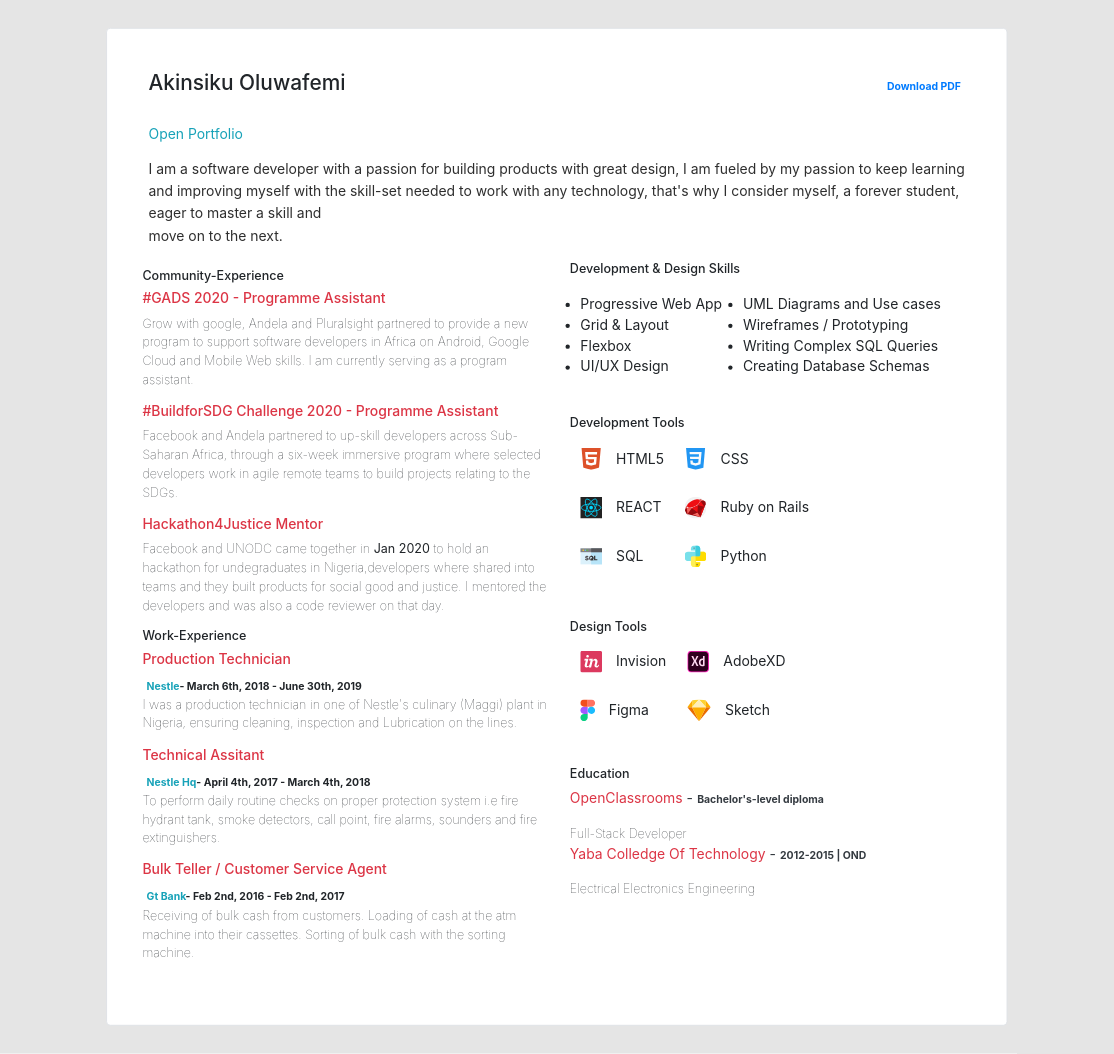
Repository: akinsikuoluwafemi/resume
Page: index.html
These files come from the project's save history. The page is drawn as it stood at one moment and after the next save; the edit follows.
The browser window is 1280 px wide. The pictures show the whole page, at 87% of full size.
The style sheet was rebuilt from its Sass, Less or Tailwind sources for each picture, by a compiler version that may differ from the author's.

Above is the page before, as saved 2020-08-03 19:48:37.

After the next save:
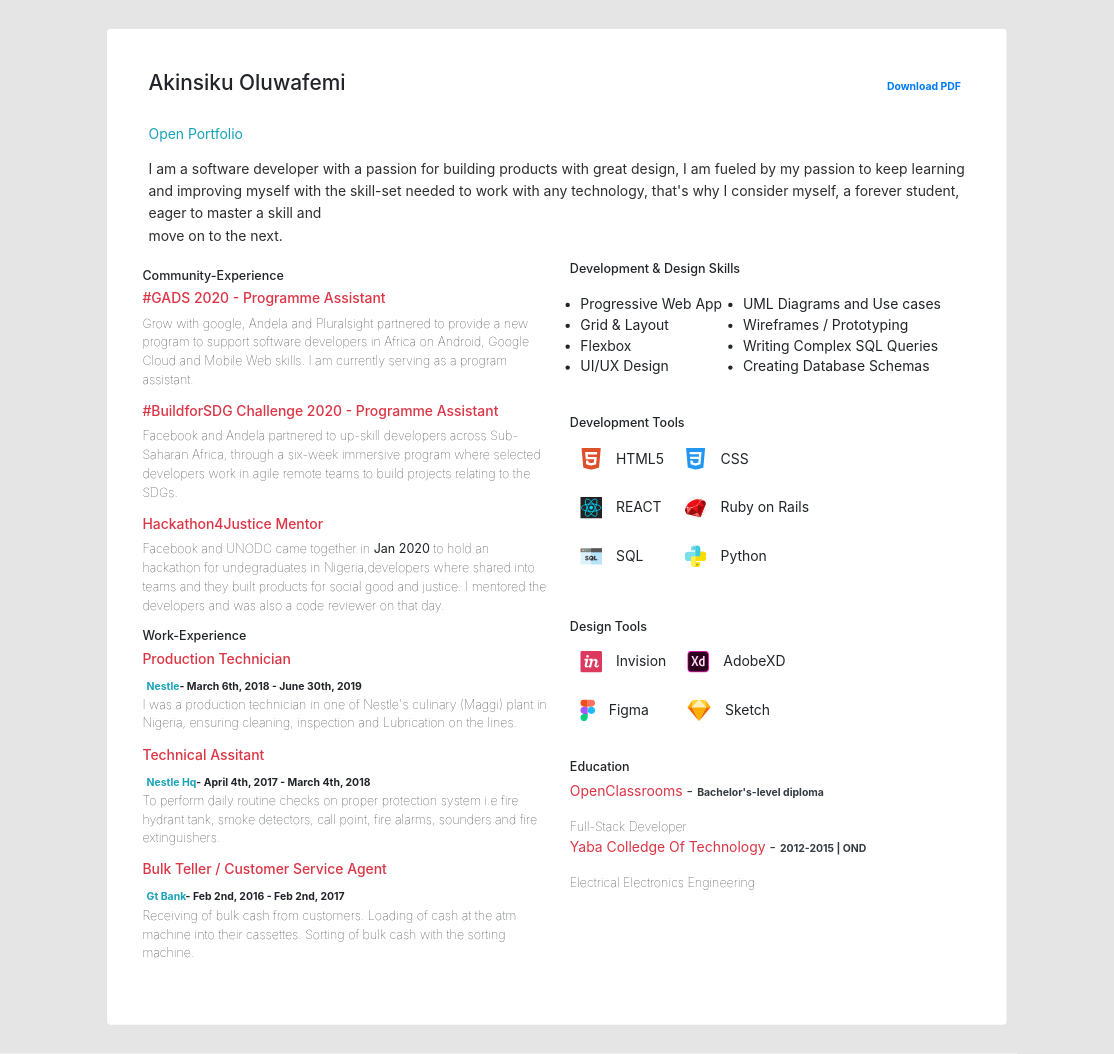
Saved 88 s later.
--- a/resume.scss
+++ b/resume.scss
@@ -33,7 +33,7 @@
 .item {
 
      &__contain {
-        margin-bottom: .5rem;
+        margin-bottom: 0rem;
         // background: red;
     }
 
